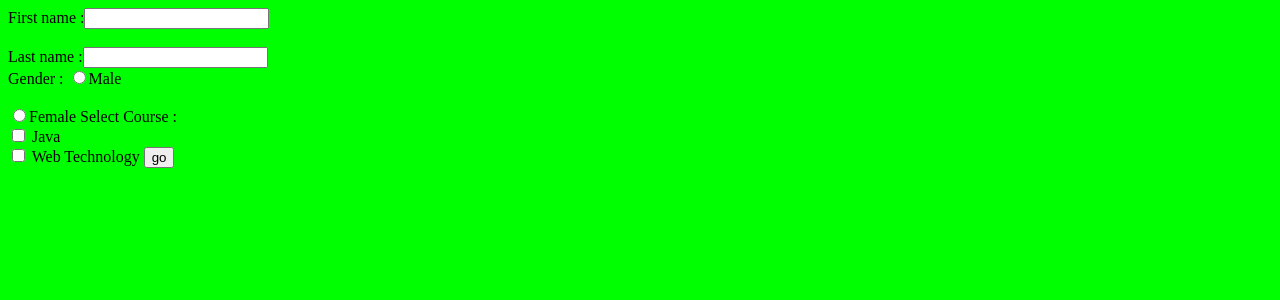
Repository: akale1992/Learning-HIBERNATE-SERVLETS
Page: jspdemo/WebContent/Welcome.html
The author's editor kept a copy of each file at every save. The page is drawn from the files as they stood at one save, then again after the next save.
The browser window is 1280 px wide. The pictures show the whole page.

Above is the page before, as saved 2015-09-15 04:46:21.

After the next save:
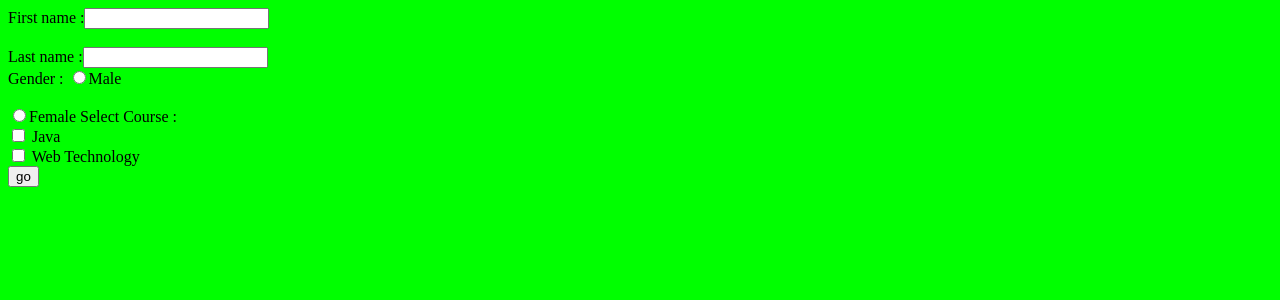
Saved 20 s later.
--- a/jspdemo/WebContent/Welcome.html
+++ b/jspdemo/WebContent/Welcome.html
@@ -12,7 +12,7 @@ Gender : <input type="radio" value="male" name="r1">Male<br><br>
 <input type="radio" value="Female" name="r1">Female
 
 Select Course : <br> <input type="checkbox" name="c1" value="java"> Java<br>
- <input type="checkbox" name="web " value="web" name="web"> Web Technology
+ <input type="checkbox" name="web " value="web" name="web"> Web Technology <br>
  <input type="submit" value="go"><br><br>
 </form>
 
